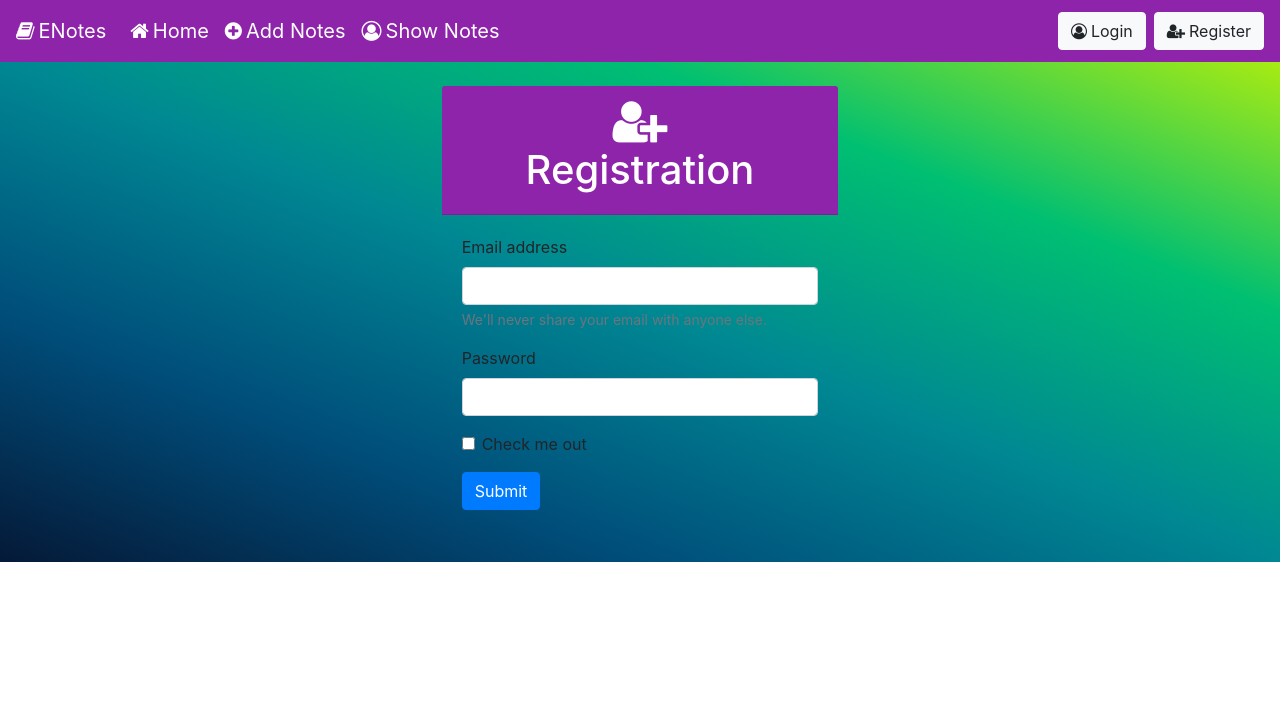
Repository: Bansal140899/eclipse-workspace
Page: http://localhost/ENotesProject/register.jsp
An editor plug-in stored every save of this project. The page is shown before and after the next save, followed by the edit.
The browser window is 1280 px wide. The pictures show the whole page.
The page is served by Tomcat 9.

Above is the page before, as saved 2025-12-21 22:04:05.

After the next save:
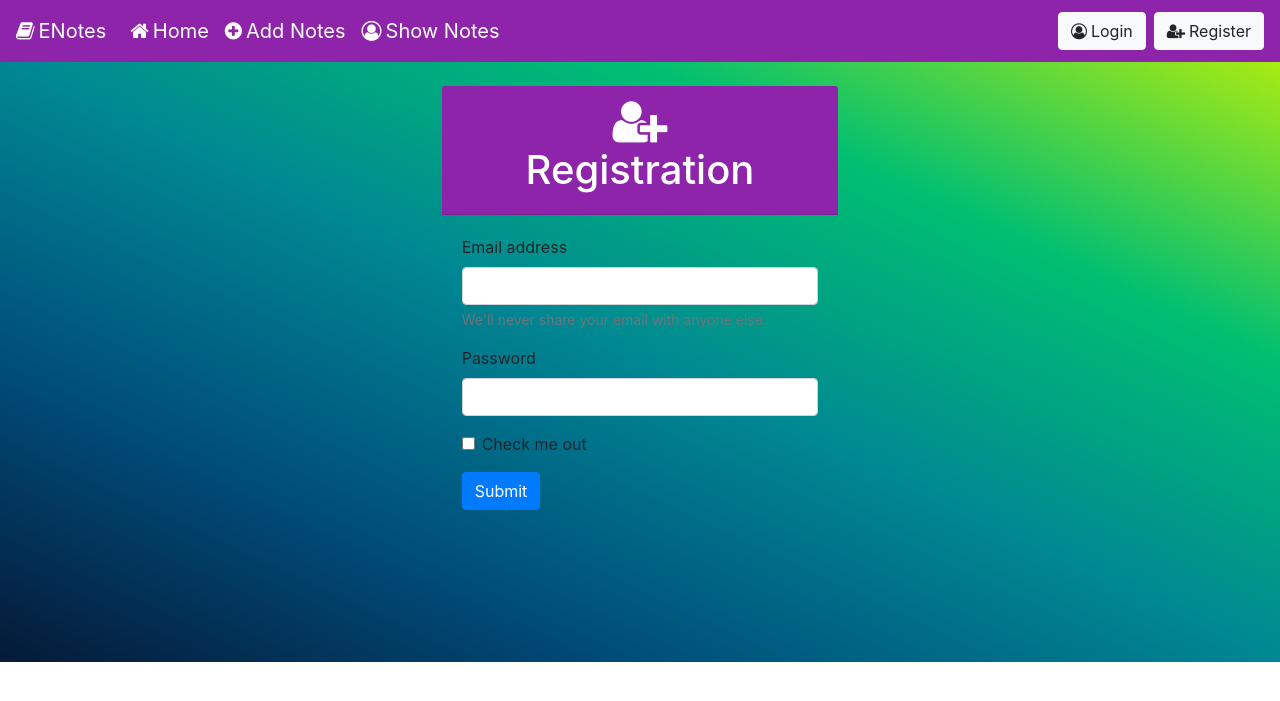
Saved 89 s later.
--- a/ENotesProject/src/main/webapp/css/style.css
+++ b/ENotesProject/src/main/webapp/css/style.css
@@ -14,5 +14,5 @@
 
 .div-color{
 	background-image: linear-gradient(to right top, #051937, #004d7a, #008793, #00bf72, #a8eb12);
-	height:500px;
+	height:600px;
 }
